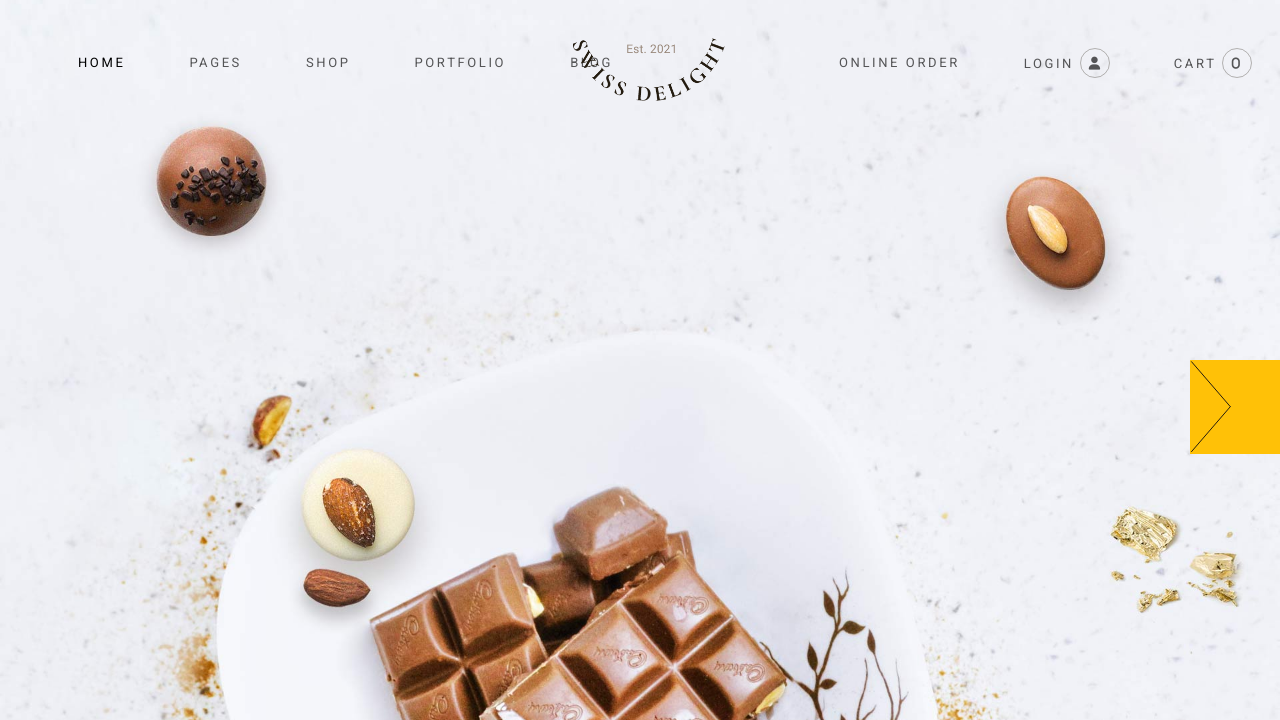
Repository: HadelAbdellatif/Project1
Page: index.html
An editor plug-in stored every save of this project. The page is shown before and after the next save, followed by the edit.
The browser window is 1280 px wide. The pictures show the whole page.

Above is the page before, as saved 2023-10-15 23:19:05.
Console error: TypeError: Cannot read properties of null (reading 'addEventListener')

After the next save:
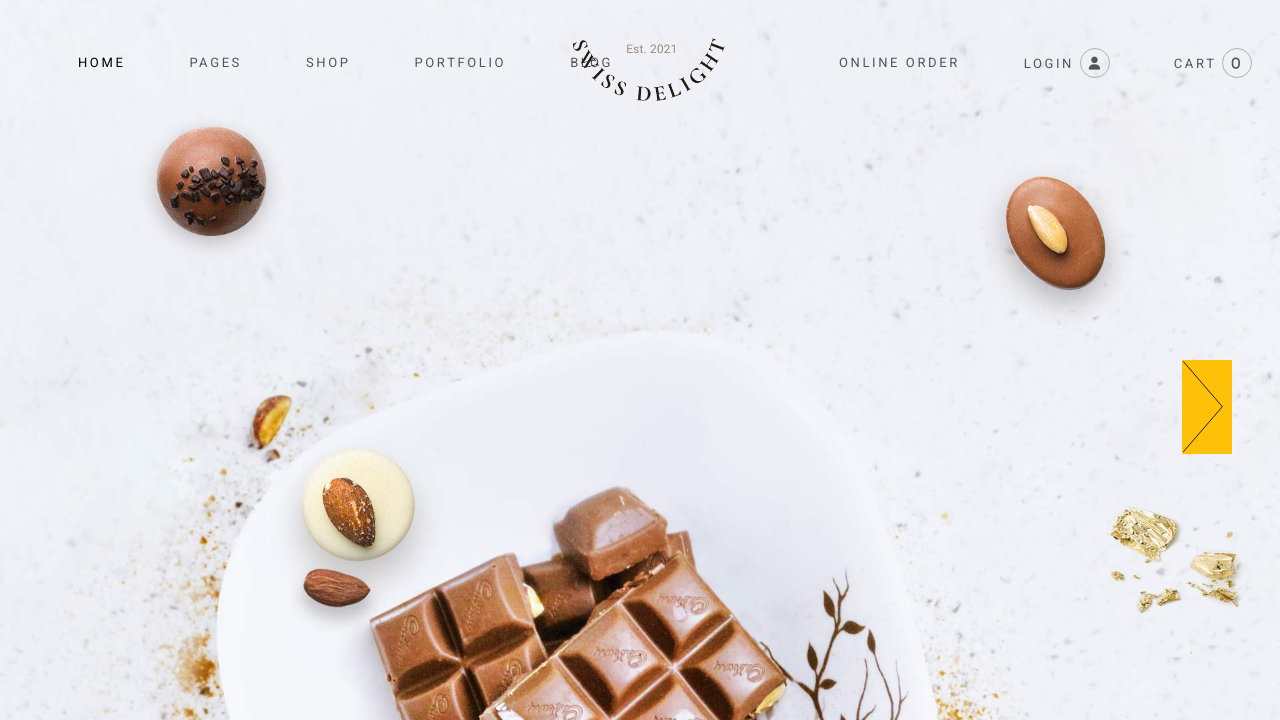
Saved 26 s later.
--- a/index.html
+++ b/index.html
@@ -98,7 +98,7 @@
   <!-- Start header section -->
 
   <header class="vh-100 position-relative">
-    <div class="arrow position-absolute top-50 end-0 pe-5 bg-warning">
+    <div class="arrow position-absolute top-50 end-0 me-5 pe-2 bg-warning">
       <rs-arrow style="opacity: 1; transform: translate(70px, -20px); top: 75%; right: 0px;"
         class="tp-leftarrow tparrows custom_style"><span class="qodef-svg-nav"> <span class="qodef-nav-icon"> <svg
               xmlns="http://www.w3.org/2000/svg" xmlns:xlink="http://www.w3.org/1999/xlink" x="0px" y="0px"
